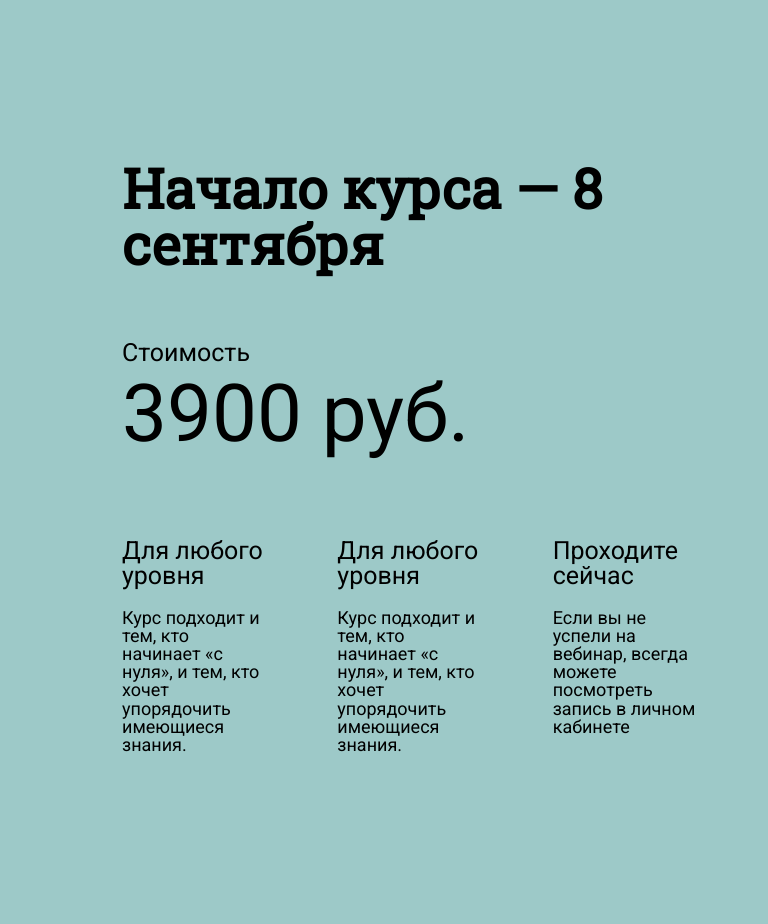
Repository: NatiqSamiyev/fiqma-task3
Page: index.html
These files come from the project's save history. The page is drawn as it stood at one moment and after the next save; the edit follows.
The browser window is 768 px wide. The pictures show the whole page.

Above is the page before, as saved 2023-08-09 13:43:25.

### index.html
<!DOCTYPE html>
<html lang="en">
  <head>
    <meta charset="UTF-8" />
    <meta name="viewport" content="width=device-width, initial-scale=1.0" />
    <link rel="stylesheet" href="index.css" />
    <title>Document</title>
  </head>
  <body>
    <div class="container">
      <h1>Начало курса — 8 сентября</h1>
      <h2>Стоимость</h2>
      <h3>3900 руб.</h3>
      <ul>
        <li class="list-2 blue-list italic">
          <h4 class="h-4">Для любого уровня</h4>
          <p >
            Курс подходит и тем, кто начинает «с нуля», и тем, кто хочет
            упорядочить имеющиеся знания.
          </p>
        </li>
        <li>
          <h4>Для любого уровня</h4>
          <p>
            Курс подходит и тем, кто начинает «с нуля», и тем, кто хочет
            упорядочить имеющиеся знания.
          </p>
        </li>

        <li  class="italic">
          <h4>Проходите сейчас</h4>
          <p>
            Если вы не успели на вебинар, всегда можете посмотреть запись в
            личном кабинете
          </p>
        </li>
      </ul>

    </div>
  </body>
</html>

### index.css
@import url("https://fonts.googleapis.com/css2?family=Roboto+Slab&family=Roboto:wght@400;700&display=swap");
* {
  margin: 0;
  padding: 0;
  box-sizing: border-box;
}

.container {
  width: 100%;
  min-height: 100vh;
  padding: 160px 0 170px 122px;
  background: #9dc9c8;
}

.container h1 {
  margin-bottom: 69px;
  color: #000;
  font-family: Roboto Slab;
  font-size: 55px;
  font-style: normal;
  font-weight: 700;
  line-height: 101.385%;
}

.container h2 {
  margin-bottom: 9px;
  color: #000;
  font-family: Roboto;
  font-size: 25px;
  font-style: normal;
  font-weight: 400;
  line-height: 101.385%;
}

.container h3 {
  color: #000;
  font-family: Roboto;
  font-size: 80px;
  font-style: normal;
  font-weight: 400;
  line-height: 101.385%;
}

.container ul {
  margin-top: 83px;
  display: flex;
}

.container ul li {
  list-style-type: none;
  margin-right: 70px;
  width: 294px;
}

.container h4 {
  margin-bottom: 20px;
  color: #000;
  font-family: Roboto;
  font-size: 25px;
  font-style: normal;
  font-weight: 400;
  line-height: 101.385%;
}

.container p {
  color: #000;
  font-family: Roboto;
  font-size: 18px;
  font-style: normal;
  font-weight: 400;
  line-height: 101.385%;
}

After the next save:
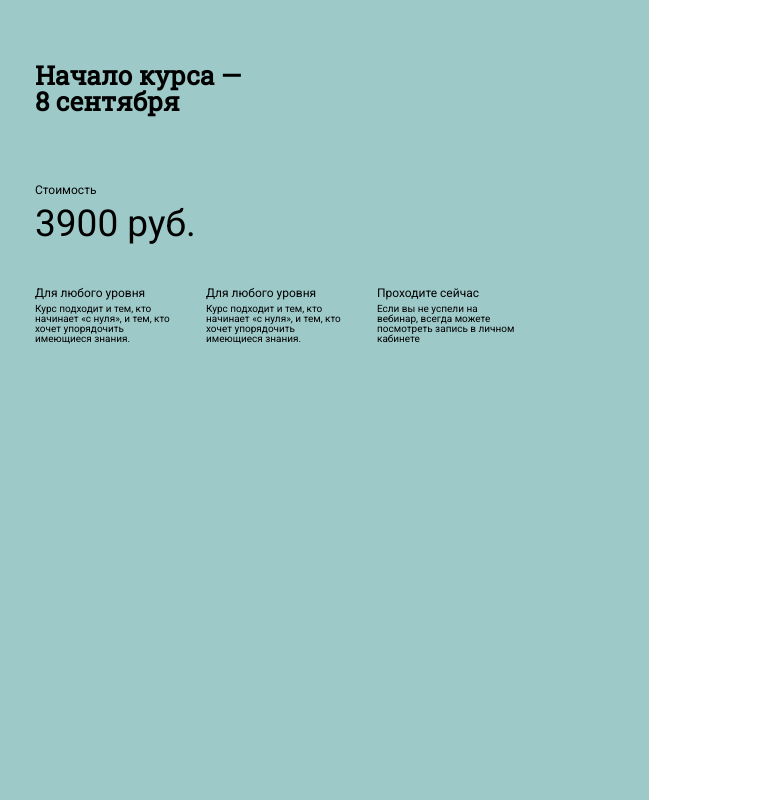
Saved 2 days later.
--- a/index.css
+++ b/index.css
@@ -8,7 +8,7 @@
 .container {
   width: 100%;
   min-height: 100vh;
-  padding: 160px 0 170px 122px;
+  padding: 160px 0px 170px 122px;
   background: #9dc9c8;
 }
 
@@ -70,3 +70,84 @@
   font-weight: 400;
   line-height: 101.385%;
 }
+
+/* .tablet */
+
+@media screen and (max-width: 1024px) {
+  .container {
+    padding: 160px 0 170px 122px;
+  }
+
+  .container h1 {
+    font-size: 32px;
+  }
+
+  .container h2 {
+    font-size: 14px;
+  }
+
+  .container h3 {
+    font-size: 46px;
+  }
+
+  .container ul {
+    margin-top: 72px;
+  }
+
+  .container ul li {
+    margin-right: 55px;
+    width: 170px;
+  }
+
+  .container h4 {
+    margin-bottom: 5px;
+    font-size: 14px;
+  }
+
+  .container p {
+    height: 40px;
+    font-size: 10px;
+    font-style: normal;
+    font-family: Roboto;
+  }
+}
+/* .mobile */
+@media screen and (max-width: 768px) {
+  .container {
+    padding: 62px 180px 63px 35px;
+    width: 649px;
+  }
+
+  .container h1 {
+    width: 224px;
+    font-size: 26px;
+  }
+
+  .container h2 {
+    font-size: 12px;
+  }
+
+  .container h3 {
+    font-size: 37px;
+  }
+
+  .container ul {
+    margin-top: 45px;
+  }
+
+  .container ul li {
+    margin-right: 31px;
+  }
+
+  .container h4 {
+    margin-bottom: 4.5px;
+    font-size: 12px;
+  }
+
+  .container p {
+    height: 40px;
+    font-size: 10px;
+    width: 140px;
+    height: 38px;
+  }
+}
